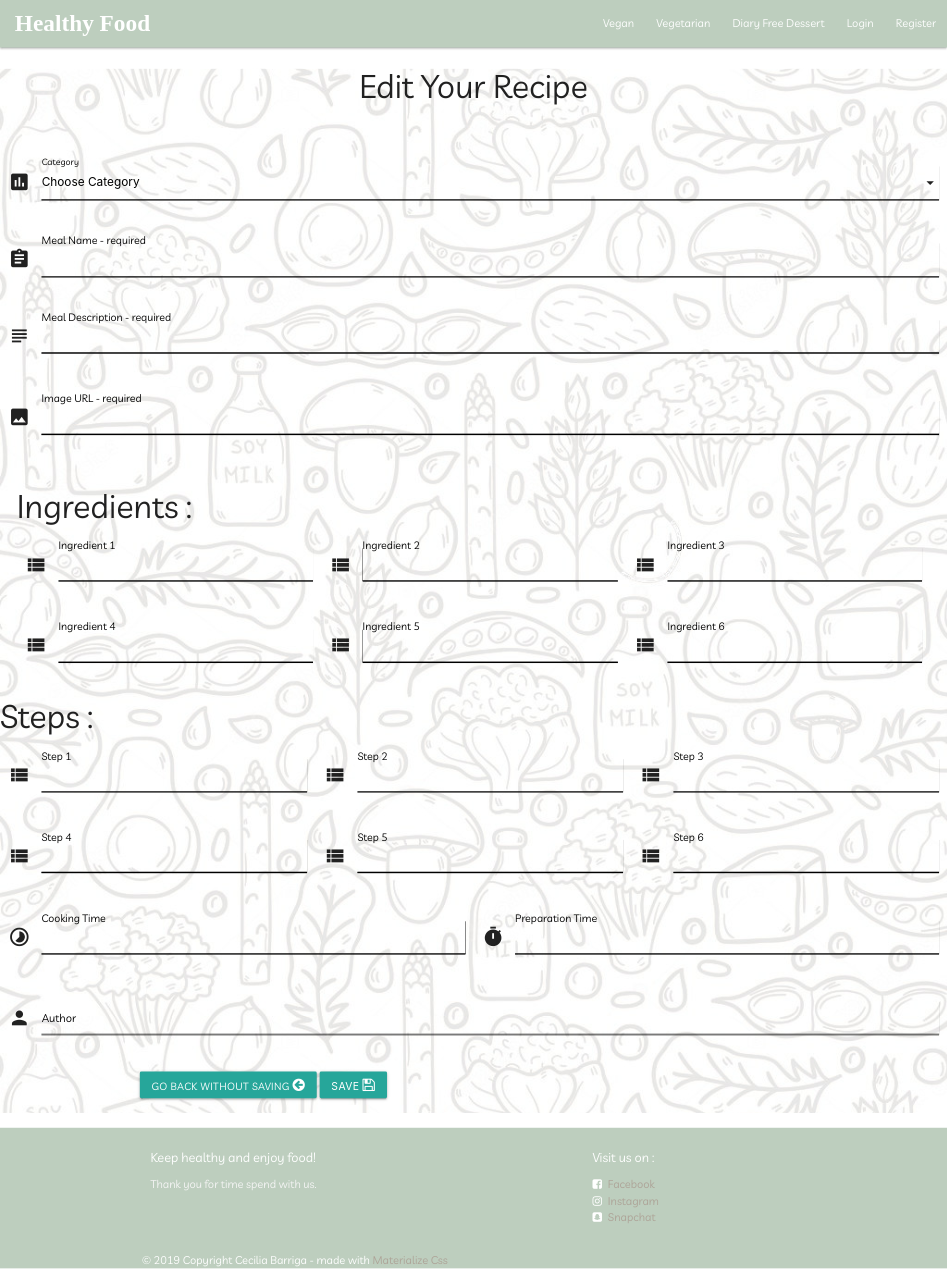
Repository: cesole/cookbook
Page: templates/edit_recipe.html
The author's editor kept a record of every edit. The page is drawn from the files as they stood at one moment, then again after the next edit.
The browser window is 1280 px wide. The pictures show the whole page, at 74% of full size.
Some web fonts or font styles are not loaded; a fallback is used. The page is served by the project's application, run on Flask 3 (app.py). The template is opened directly, without the code that normally fills it, so the values that code supplies are empty.

Above is the page before.

After the next edit:
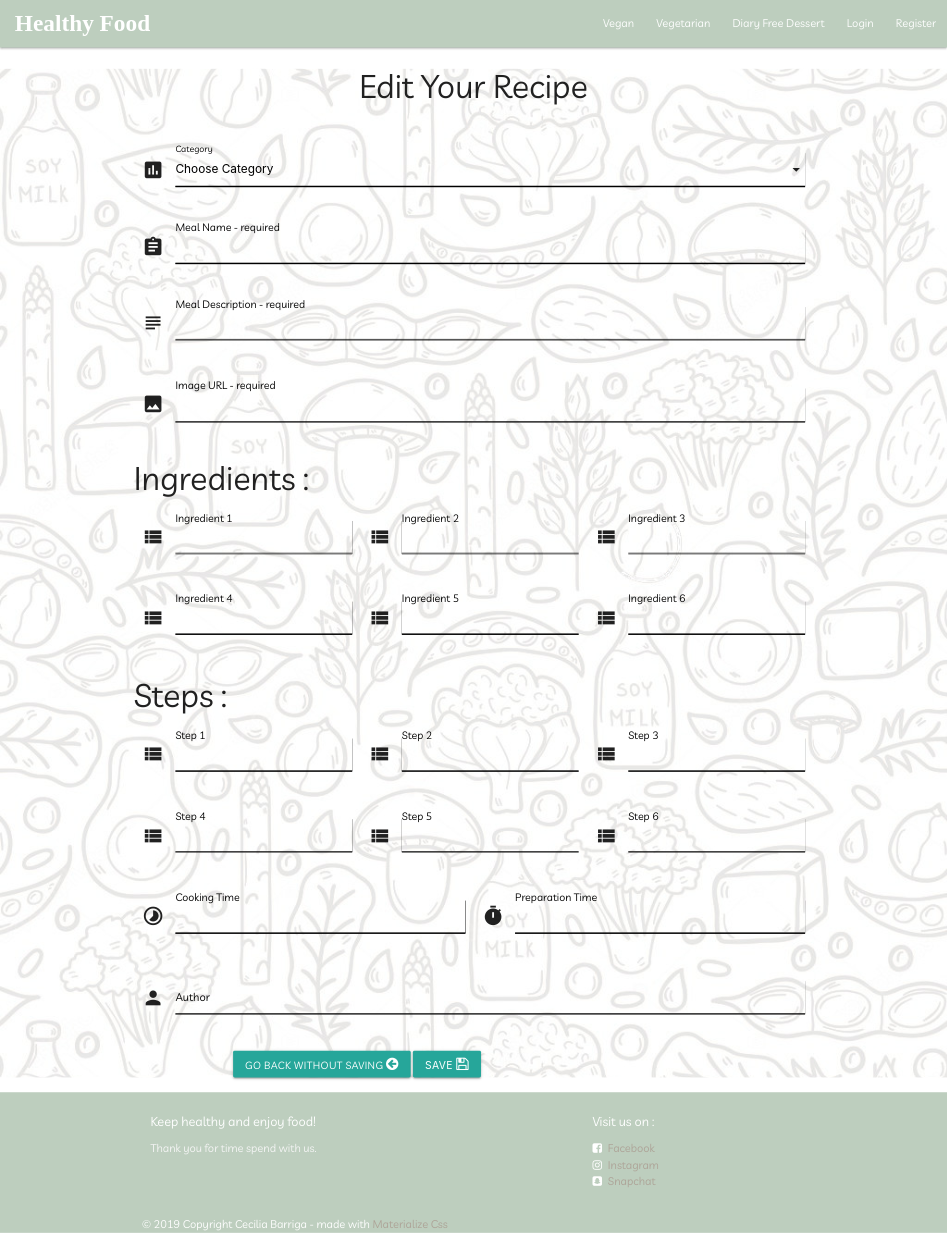
The edit:
--- a/templates/edit_recipe.html
+++ b/templates/edit_recipe.html
@@ -1,6 +1,6 @@
 {% extends 'base.html'%} {% block content %}
 <h3 style="text-align:center;" class="font-grey">Edit Your Recipe</h3>
-<div class="row font-grey">
+<div class="container font-grey">
     <form action="{{ url_for('update_recipe', meal_id=meal._id) }}" method="POST" class="col s12">
         <div class="row font-grey">
             <div class="input-field col s12">
